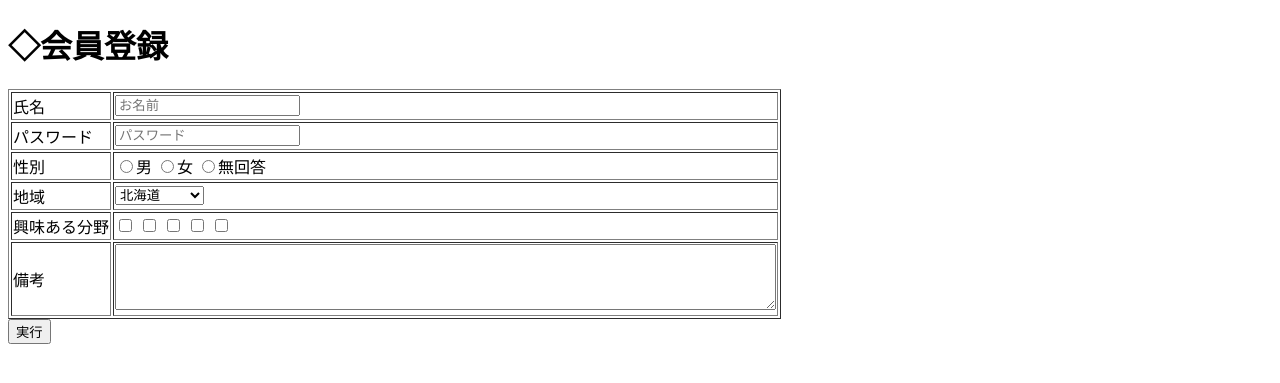
Repository: hideck/STSWorkspace
Page: Registration/src/main/resources/static/input.html
The author's editor kept a copy of each file at every save. The page is drawn from the files as they stood at one save, then again after the next save.
The browser window is 1280 px wide. The pictures show the whole page.

Above is the page before, as saved 2022-06-22 13:10:35.

After the next save:
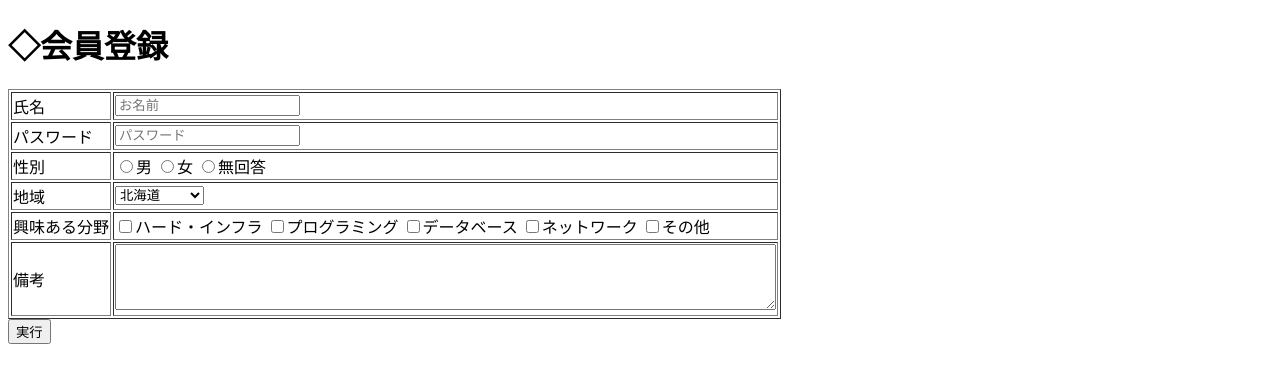
Saved 33 s later.
--- a/Registration/src/main/resources/static/input.html
+++ b/Registration/src/main/resources/static/input.html
@@ -38,11 +38,11 @@
 		<tr>
 			<td>興味ある分野</td>
 			<td>
-				<input type="checkbox" name="interest" value="01" />
-				<input type="checkbox" name="interest" value="02" />
-				<input type="checkbox" name="interest" value="03" />
-				<input type="checkbox" name="interest" value="04" />
-				<input type="checkbox" name="interest" value="05" />
+				<input type="checkbox" name="interest" value="01" />ハード・インフラ
+				<input type="checkbox" name="interest" value="02" />プログラミング
+				<input type="checkbox" name="interest" value="03" />データベース
+				<input type="checkbox" name="interest" value="04" />ネットワーク
+				<input type="checkbox" name="interest" value="05" />その他
 			</td>
 		</tr>
 		<tr>
